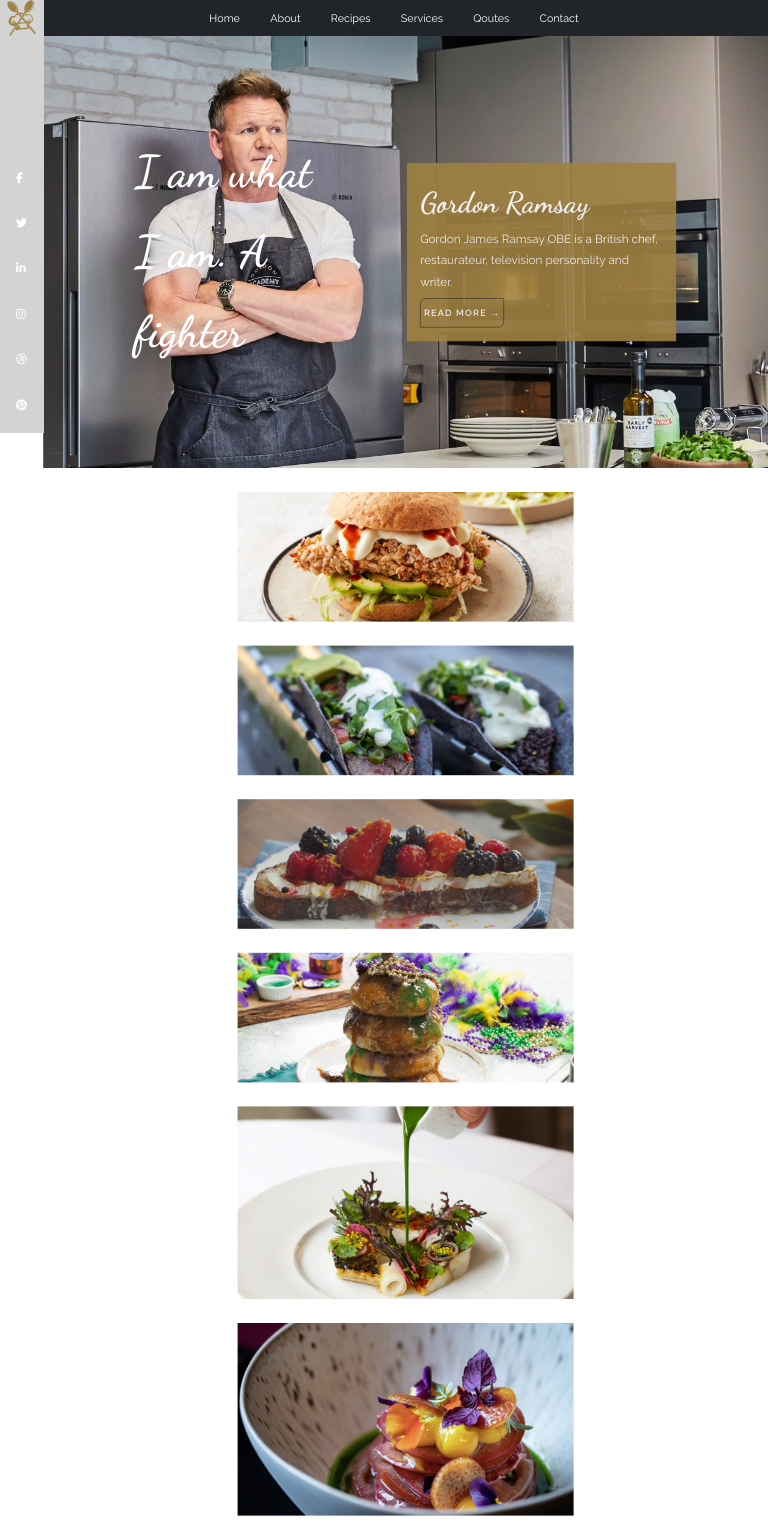
Repository: Esraa22M/Gordon-Ramsay-Biography
Page: index.html
An editor plug-in stored every save of this project. The page is shown before and after the next save, followed by the edit.
The browser window is 1280 px wide. The pictures show the whole page, at 60% of full size.
Backgrounds fixed to the window are drawn as part of the page. Some web libraries are served in a nearby version.

Above is the page before, as saved 2022-12-13 20:16:53.

After the next save:
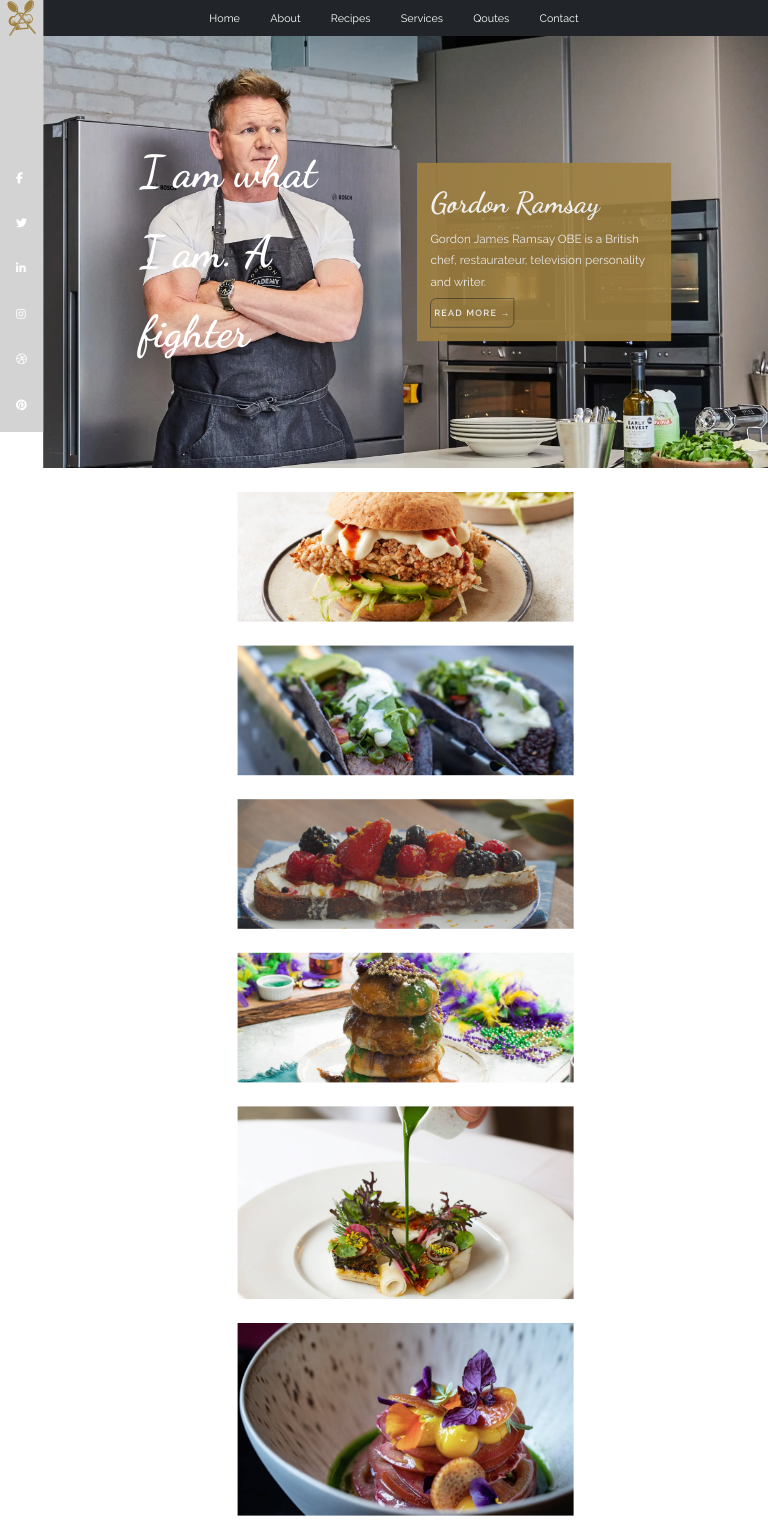
Saved 9 s later.
--- a/style.css
+++ b/style.css
@@ -152,7 +152,7 @@
   opacity: 0.9;
   padding: calc(1rem + 1vw);
   min-height: calc(4rem + 20vmax);
-  width: calc(4rem + 32vmax);
+  width: calc(4rem + 30vmax);
   display: flex;
   flex-direction: column;
   justify-content: space-between;
